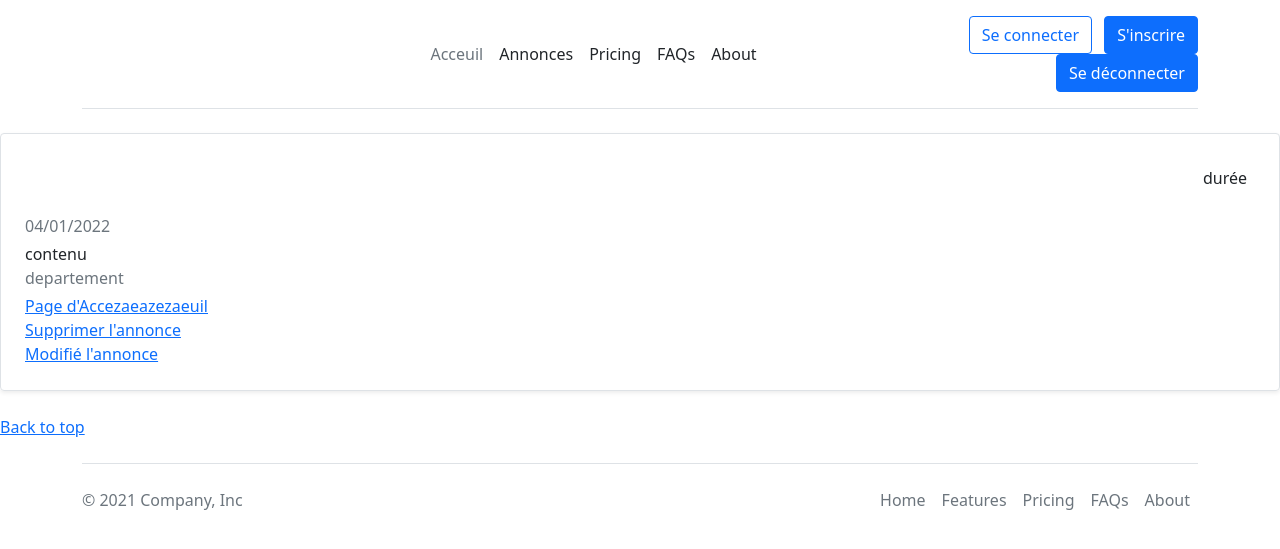
Repository: Xora123/Pole-emploi-Symfony
Page: templates/post/index.html.twig
These files come from the project's save history. The page is drawn as it stood at one moment and after the next save; the edit follows.
The browser window is 1280 px wide. The pictures show the whole page.
Some web libraries are served in a nearby version. The page is a Twig template of a Symfony application; nobody is signed in and links lead nowhere. The template is opened directly, without the code that normally fills it, so the values that code supplies are empty.

Above is the page before, as saved 2022-04-04 09:36:25.

After the next save:
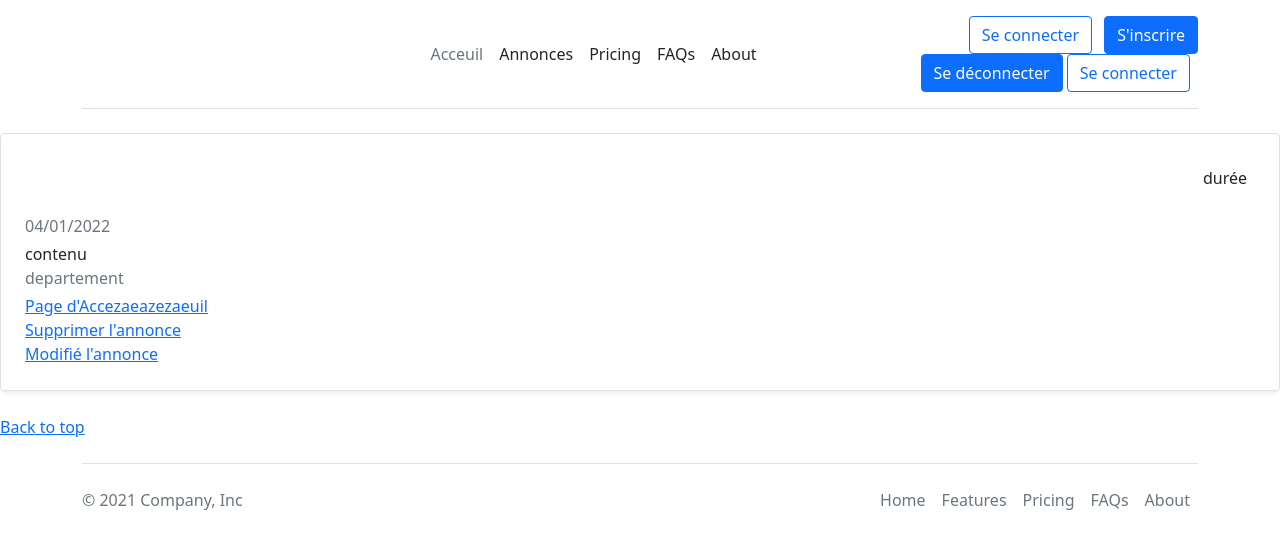
Saved 97 s later.
--- a/templates/includes/navbar.html.twig
+++ b/templates/includes/navbar.html.twig
@@ -31,6 +31,7 @@
 			<a type="button" class="btn btn-outline-primary me-2" href = "{{ path('app_login') }}" >Se connecter</a>
 			<a type="button" class="btn btn-primary" href="{{ path('app_register') }} " >S'inscrire</a>
 			<a type="button" class="btn btn-primary" href="{{ path('app_logout') }} " >Se déconnecter</a>
+			<a type="button" class="btn btn-outline-primary me-2" href = "{{ path('app_login') }}" >Se connecter</a>
 		</div>
 	</header>
 </div>
